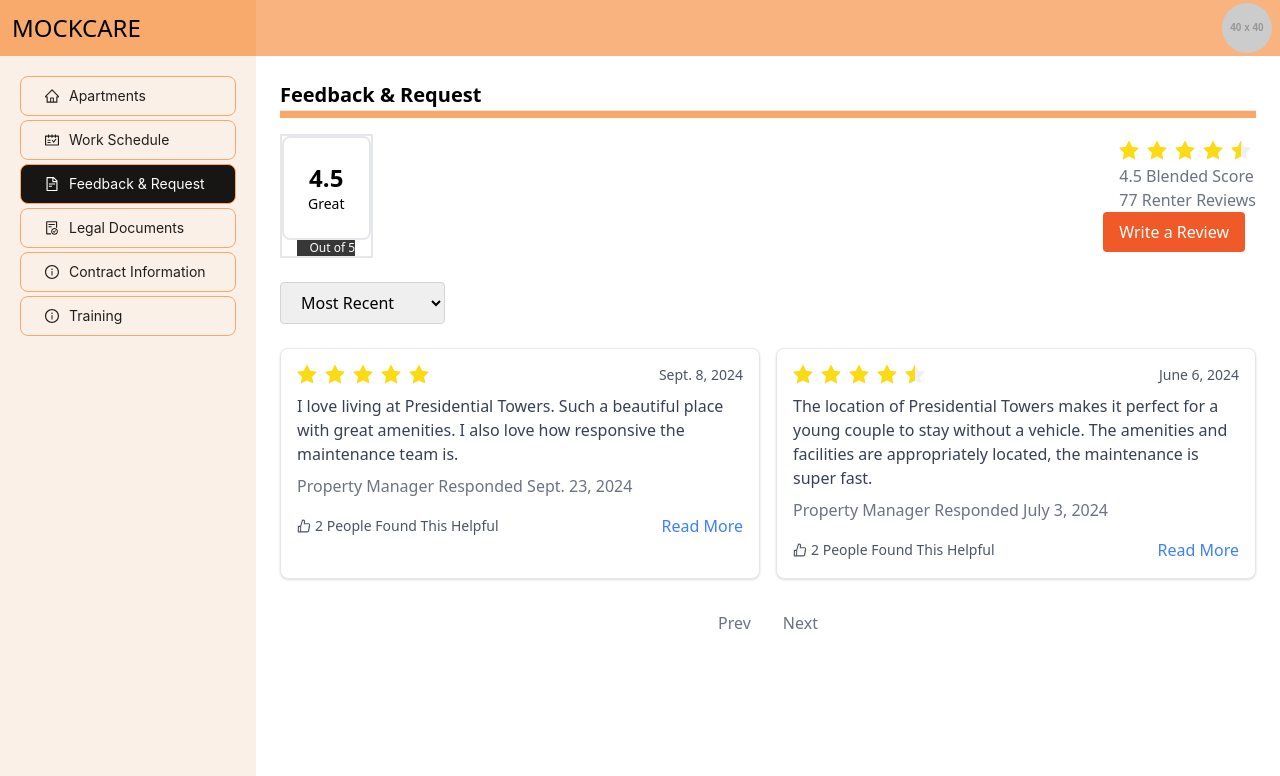
Repository: dunh-real/MockProject_102024_Nhom4
Page: / (app in frontend/)
These files come from the project's save history. The page is drawn as it stood at one moment and after the next save; the edit follows.
The browser window is 1280 px wide. The pictures show the whole page.
The project was rebuilt for these pictures with package versions that can differ from the ones it lists, and the page was loaded fresh each time. Also part of the build but not shown: frontend/vite.config.js, frontend/vite.config.ts, frontend/src/App.css, frontend/src/component/ReviewModal.tsx.

Above is the page before, as saved 2024-10-09 13:08:14.

### frontend/src/App.tsx

import './App.css'
import ReviewList from './pages/Feedback&Request/Feedback&Request'
// import LoginForm from './pages/Login/Login'

function App() {


  return (
    <>
      {/* <LoginForm/> */}
      <ReviewList/>
    </>
  )
}

export default App

### frontend/src/pages/Feedback&Request/Feedback&Request.tsx
import React, { useState } from 'react';
import { Rate } from 'antd'; // Dùng Antd cho Rate, có thể thay thế bằng biểu tượng của Tailwind nếu cần
import { LikeOutlined } from '@ant-design/icons';
import ReviewModal from '../../component/ReviewModal';
import Sidebar from '../../component/Sidebar';

interface Review {
    date: string;
    rating: number;
    text: string;
    managerResponse: string;
    helpfulCount: number;
}

const reviews: Review[] = [
    {
        date: 'Sept. 8, 2024',
        rating: 5,
        text: 'I love living at Presidential Towers. Such a beautiful place with great amenities. I also love how responsive the maintenance team is.',
        managerResponse: 'Property Manager Responded Sept. 23, 2024',
        helpfulCount: 2,
    },
    {
        date: 'June 6, 2024',
        rating: 4.5,
        text: 'The location of Presidential Towers makes it perfect for a young couple to stay without a vehicle. The amenities and facilities are appropriately located, the maintenance is super fast.',
        managerResponse: 'Property Manager Responded July 3, 2024',
        helpfulCount: 2,
    },
];

const ReviewList: React.FC = () => {
    const [showModal, setShowModal] = useState<boolean>(false);
    const [page, setPage] = useState<number>(1);

    const handlePageChange = (page: number) => {
        setPage(page);
    };

    const handleSortChange = (value: string) => {
        console.log(`Sort by: ${value}`);
    };

    return (
        <div className=" min-h-screen  bg-gray-50">
            <div className='flex  bg-[#f8a769d9]  justify-between items-center'>
                <div className=' bg-[#f8a769d9] p-3 w-1/5'>
                    <h1 className='text-2xl'>MOCKCARE</h1>
                </div>
                <div className="flex  justify-end">
                    <img
                        src="https://via.placeholder.com/40"
                        alt="Avatar"
                        className="rounded-full w-[50px] h-[50px] mr-2"
                    />
                </div>
            </div>
            <div className="flex">
                <Sidebar />
                <div className="w-4/5 p-6 bg-white">
                    <div className='mb-4'>
                        <h2 className='text-[20px] font-bold'>Feedback & Request</h2>
                        <hr className='h-[8px] bg-[#F8A869]' />
                    </div>
                    <div className="flex justify-between items-center mb-6">
                        <div className="flex flex-col border-2  items-center">
                            <div className=" text-center border-2  p-6 rounded-lg">
                                <div className=''>
                                    <p className="text-2xl font-bold">4.5</p>
                                    <p className="text-sm">Great</p>
                                </div>

                            </div>
                            <div className="text-xs   bg-[#000000c8]">
                                <p className='text-white pl-3'>Out of 5</p>
                            </div>
                        </div>
                        <div>
                            <div className="ml-4">
                                <Rate allowHalf defaultValue={4.5} disabled />
                                <div className="text-gray-500">4.5 Blended Score</div>
                                <div className="text-gray-500">77 Renter Reviews</div>
                            </div>
                            <button
                                onClick={() => setShowModal(true)}
                                className="bg-[#f05a28] text-white px-4 py-2 rounded hover:bg-[#f25f30]"
                            >
                                Write a Review
                            </button>
                        </div>
                    </div>
                    <div className="mb-6 flex justify-between">
                        <select
                            onChange={(e) => handleSortChange(e.target.value)}
                            className="border border-gray-300 rounded px-4 py-2"
                        >
                            <option value="recent">Most Recent</option>
                            <option value="highest">Highest Rating</option>
                            <option value="lowest">Lowest Rating</option>
                        </select>
                    </div>
                    <div className="grid grid-cols-1 md:grid-cols-2 gap-4">
                        {reviews.slice((page - 1) * 2, page * 2).map((review, index) => (
                            <div key={index} className="p-4 border border-gray-200 rounded-lg bg-white shadow">
                                <div className="flex justify-between items-center mb-2">
                                    <Rate allowHalf defaultValue={review.rating} disabled />
                                    <span className="text-sm text-gray-600">{review.date}</span>
                                </div>
                                <p className="text-gray-700">{review.text}</p>
                                <p className="text-gray-500 mt-2">{review.managerResponse}</p>
                                <div className="flex justify-between items-center mt-4">
                                    <div className="flex items-center text-sm text-gray-600">
                                        <LikeOutlined className="mr-1" />
                                        {review.helpfulCount} People Found This Helpful
                                    </div>
                                    <button className="text-blue-500">Read More</button>
                                </div>
                            </div>
                        ))}
                    </div>
                    <div className="flex justify-center mt-6">
                        <button
                            onClick={() => handlePageChange(page - 1)}
                            className="px-4 py-2 text-gray-500"
                            disabled={page === 1}
                        >
                            Prev
                        </button>
                        <button
                            onClick={() => handlePageChange(page + 1)}
                            className="px-4 py-2 text-gray-500"
                        >
                            Next
                        </button>
                    </div>
                </div>
            </div>
            {showModal && <ReviewModal setShowModal={setShowModal} />}
        </div>
    );
};

export default ReviewList;

### frontend/src/component/Sidebar.tsx
import { Menu } from 'antd';
import { HomeOutlined, ScheduleOutlined, FileTextOutlined, FileDoneOutlined, InfoCircleOutlined } from '@ant-design/icons';

const Sidebar = () => {
  return (
    <div style={{ width: '20%', minHeight: '100vh', backgroundColor: '#FAF0E8', padding: '1rem' }}>
      <Menu
        defaultSelectedKeys={['feedback']}
        mode="inline"
        style={{ backgroundColor: '#FAF0E8', borderRight: 0 }}
      >
        <Menu.Item
          key="apartments"
          icon={<HomeOutlined />}
          style={{
            padding: '12px 24px',
            border:1, borderStyle:'solid', borderColor:'#F8A869'
          }}
        >
          Apartments
        </Menu.Item>
        <Menu.Item
          key="schedule"
          icon={<ScheduleOutlined />}
          style={{
            padding: '12px 24px',
            border:1, borderStyle:'solid', borderColor:'#F8A869'
          }}
        >
          Work Schedule
        </Menu.Item>
        <Menu.Item
          key="feedback"
          icon={<FileTextOutlined />}
          style={{
            backgroundColor: '#171615',
            color: 'white',
            padding: '12px 24px',
            border:1, borderStyle:'solid', borderColor:'#F8A869'
          }}
        >
          Feedback & Request
        </Menu.Item>
        <Menu.Item
          key="legal"
          icon={<FileDoneOutlined />}
          style={{
            padding: '12px 24px',
            border:1, borderStyle:'solid', borderColor:'#F8A869'
          }}
        >
          Legal Documents
        </Menu.Item>
        <Menu.Item
          key="contract"
          icon={<InfoCircleOutlined />}
          style={{
            padding: '12px 24px',
            border:1, borderStyle:'solid', borderColor:'#F8A869'
          }}
        >
          Contract Information
        </Menu.Item>
        <Menu.Item
          key="training"
          icon={<InfoCircleOutlined />}
          style={{
            padding: '12px 24px',
            border: 1, borderStyle: 'solid', borderColor: '#F8A869'
          }}
        >
          Training
        </Menu.Item>
      </Menu>
    </div>
  );
};

export default Sidebar;

Loaded but not shown: frontend/index.html (common file); frontend/src/main.jsx (common file); frontend/src/index.css (common file); frontend/tailwind.config.js (common file)

After the next save:
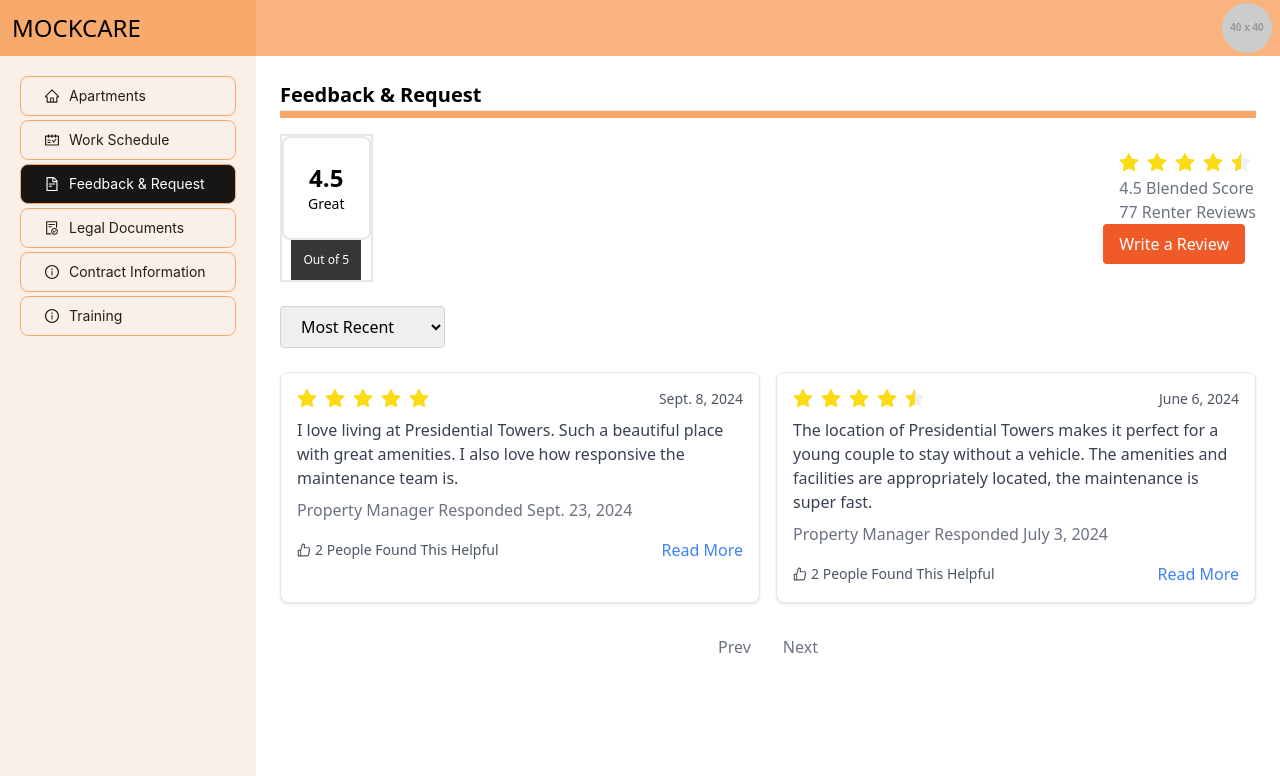
Saved 7 s later.
--- a/frontend/src/pages/Feedback&Request/Feedback&Request.tsx
+++ b/frontend/src/pages/Feedback&Request/Feedback&Request.tsx
@@ -72,7 +72,7 @@
 
                             </div>
                             <div className="text-xs   bg-[#000000c8]">
-                                <p className='text-white pl-3'>Out of 5</p>
+                                <p className='text-white p-3'>Out of 5</p>
                             </div>
                         </div>
                         <div>

After the save that followed:
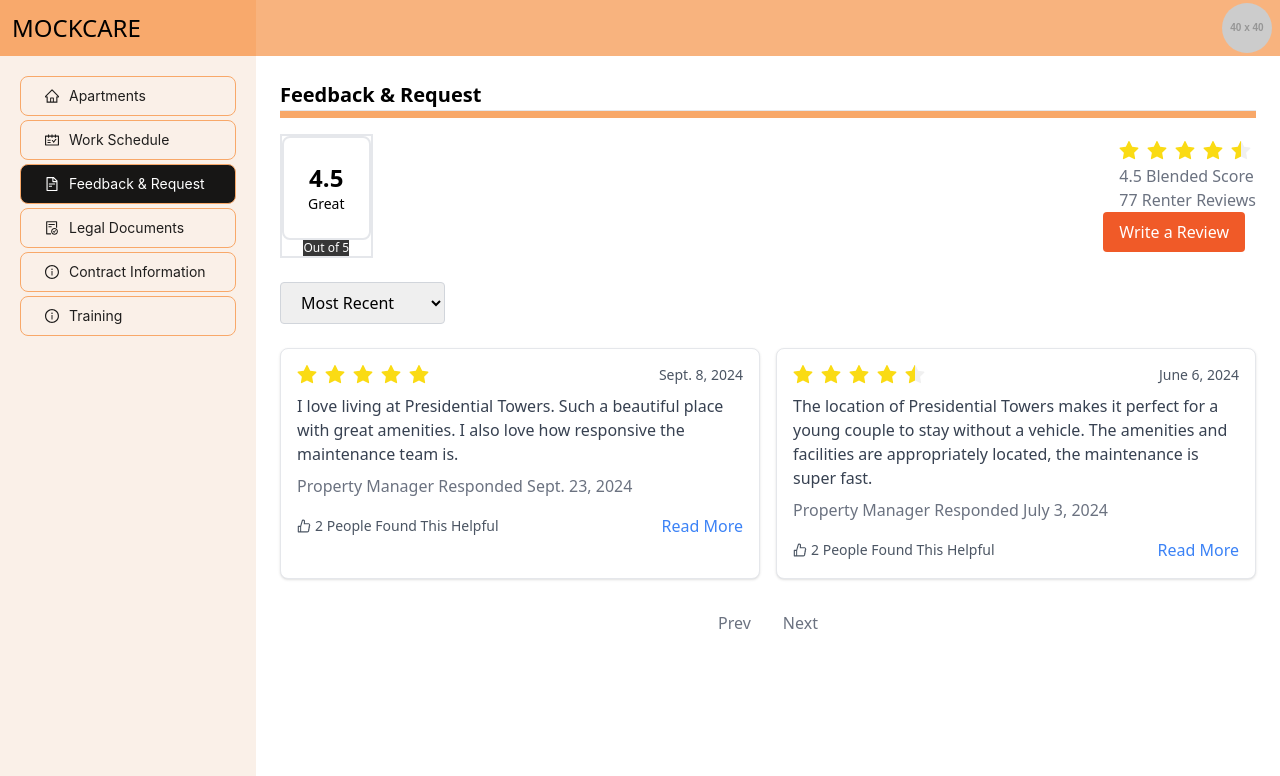
Saved 5 s later.
--- a/frontend/src/pages/Feedback&Request/Feedback&Request.tsx
+++ b/frontend/src/pages/Feedback&Request/Feedback&Request.tsx
@@ -72,7 +72,7 @@
 
                             </div>
                             <div className="text-xs   bg-[#000000c8]">
-                                <p className='text-white p-3'>Out of 5</p>
+                                <p className='text-white'>Out of 5</p>
                             </div>
                         </div>
                         <div>
